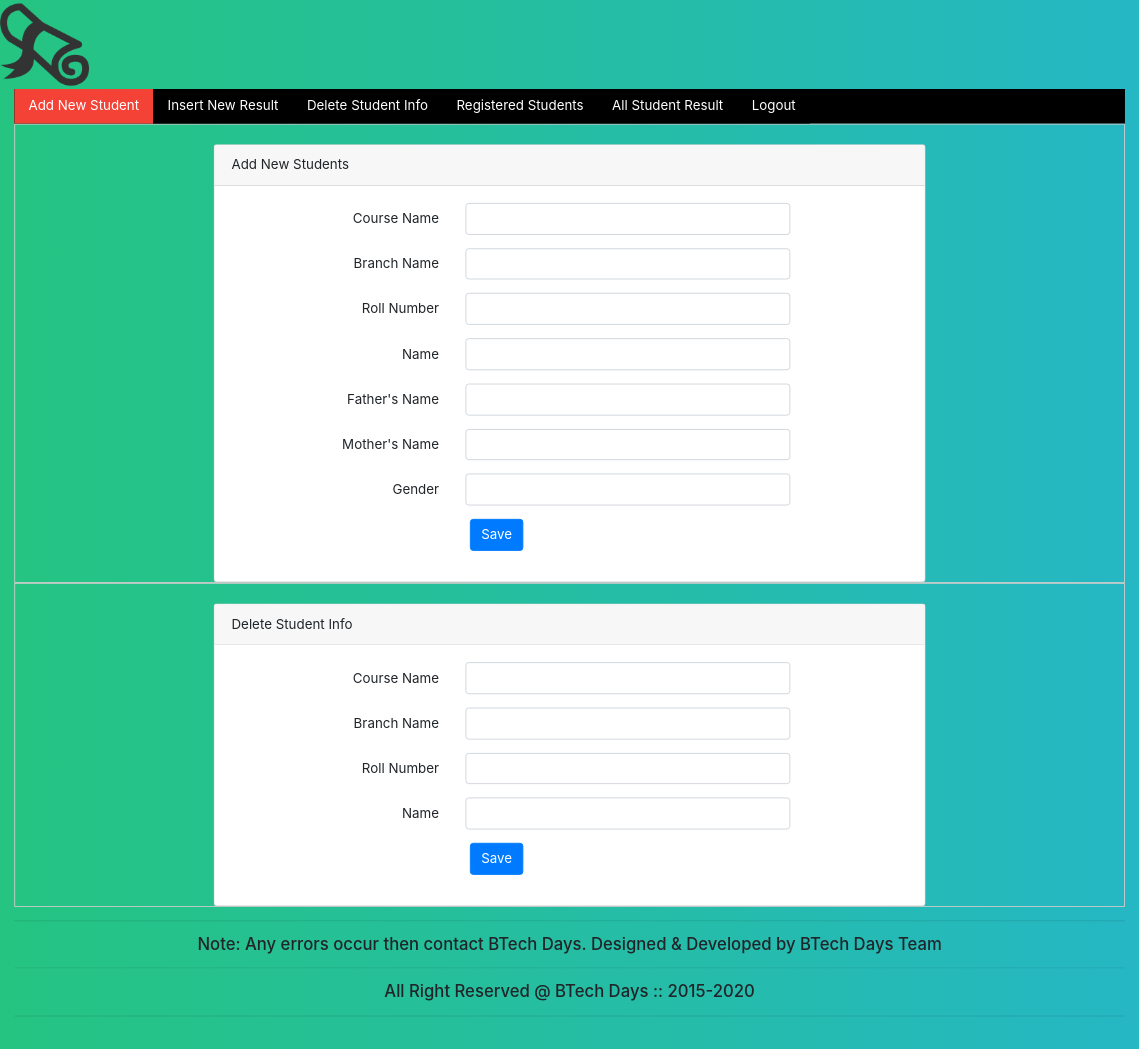
Repository: AlkaDas991/Dbms
Page: http://localhost/Student_Record_Management/adminHome.jsp
An editor plug-in stored every save of this project. The page is shown before and after the next save, followed by the edit.
The browser window is 1280 px wide. The pictures show the whole page, at 89% of full size.
Some web fonts or font styles are not loaded; a fallback is used. Some web libraries are served in a nearby version. The page is served by Tomcat 9. Queries for data that is not in the repository find no rows.

Above is the page before, as saved 2021-03-13 03:45:22.
Console error: TypeError: Cannot read properties of undefined (reading 'fn')

After the next save:
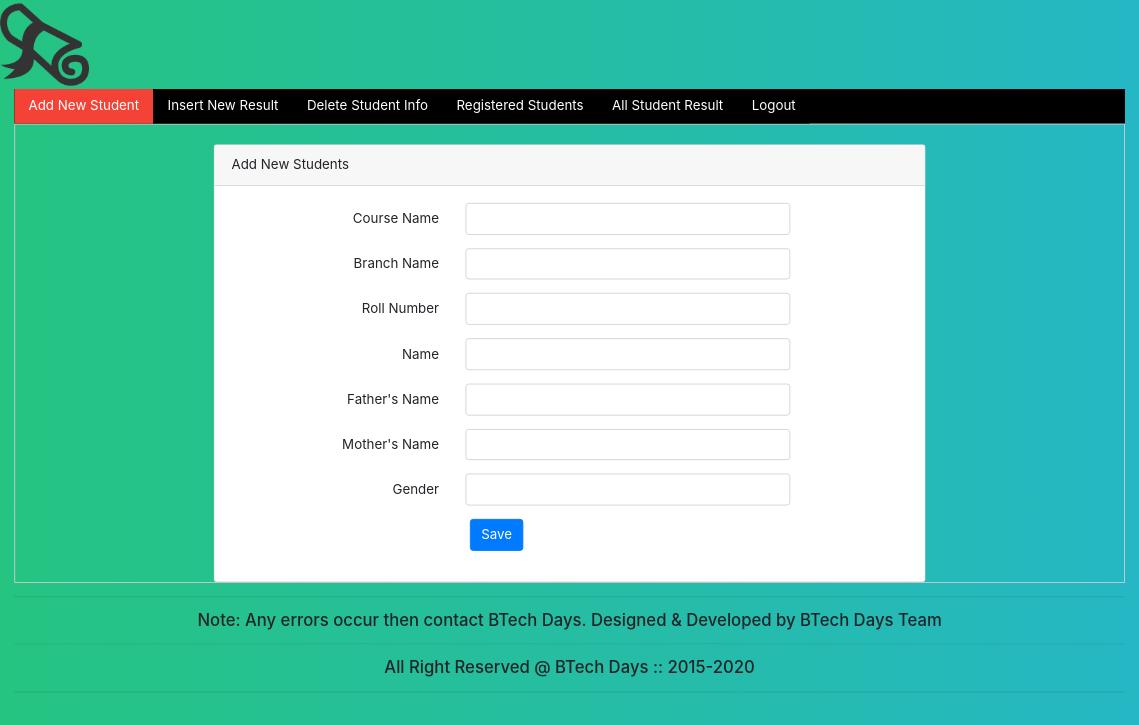
Saved 2 min 34 s later.
--- a/Student Record Management/WebContent/adminHome.jsp
+++ b/Student Record Management/WebContent/adminHome.jsp
@@ -226,17 +226,17 @@
 </html>
   </div>
 
- <div id="Beijing" class="w3-container w3-border city">
+ <div id="Singapore" class="w3-container w3-border city" style="display:none">
   <br>
-   <link href="//maxcdn.bootstrapcdn.com/bootstrap/4.1.1/css/bootstrap.min.css" rel="stylesheet" id="bootstrap-css">
+  <link href="//maxcdn.bootstrapcdn.com/bootstrap/4.1.1/css/bootstrap.min.css" rel="stylesheet" id="bootstrap-css">
 <script src="//maxcdn.bootstrapcdn.com/bootstrap/4.1.1/js/bootstrap.min.js"></script>
 <script src="//cdnjs.cloudflare.com/ajax/libs/jquery/3.2.1/jquery.min.js"></script>
-<!------ Alright Include the above in your HEAD tag ---------->
+<!------ Include the above in your HEAD tag ---------->
 
 <!doctype html>
 <html lang="en">
 <head>
-    <!--OK Required meta tags -->
+    <!-- Required meta tags -->
     <meta charset="utf-8">
     <meta name="viewport" content="width=device-width, initial-scale=1, shrink-to-fit=no">
 
@@ -250,6 +250,7 @@
 
     <!-- Bootstrap CSS -->
     <link rel="stylesheet" href="https://stackpath.bootstrapcdn.com/bootstrap/4.1.3/css/bootstrap.min.css">
+
 </head>
 <body>
 <main class="my-form">
@@ -257,40 +258,62 @@
         <div class="row justify-content-center">
             <div class="col-md-8">
                     <div class="card">
-                        <div class="card-header">Delete Student Info</div>
+                        <div class="card-header">Insert New Result</div>
                         <div class="card-body">
-                            <form name="my-form" onsubmit="return validform()" action="deleteStudent.jsp" method="post">
-                                <div class="form-group row">
-                                    <label for="full_name" class="col-md-4 col-form-label text-md-right">Course Name</label>
-                                    <div class="col-md-6">
-                                        <input type="text"  class="form-control" name="course">
-                                    </div>
-                                </div>
-
-                                <div class="form-group row">
-                                    <label for="email_address" class="col-md-4 col-form-label text-md-right">Branch Name</label>
-                                    <div class="col-md-6">
-                                        <input type="text"  class="form-control" name="branch">
-                                    </div>
-                                </div>
-
-                                <div class="form-group row">
-                                    <label for="user_name" class="col-md-4 col-form-label text-md-right">Roll Number</label>
-                                    <div class="col-md-6">
-                                        <input type="text" class="form-control" name="rollNo">
-                                    </div>
-                                </div>
-
-                                <div class="form-group row">
-                                    <label for="phone_number" class="col-md-4 col-form-label text-md-right">Name</label>
-                                    <div class="col-md-6">
-                                        <input type="text"  class="form-control" name="name">
-                                    </div>
-                                </div>
+                            <form name="my-form" onsubmit="return validform()" action="insertNewResult.jsp" method="">
+                                <div class="form-group row">
+                                    <label for="full_name" class="col-md-4 col-form-label text-md-right">Roll Number</label>
+                                    <div class="col-md-6">
+                                        <input type="text"class="form-control" name="rollNo">
+                                    </div>
+                                </div>
+
+                                <div class="form-group row">
+                                    <label for="email_address" class="col-md-4 col-form-label text-md-right">DAA</label>
+                                    <div class="col-md-6">
+                                        <input type="text"  class="form-control" name="DAA">
+                                    </div>
+                                </div>
+
+                                <div class="form-group row">
+                                    <label for="user_name" class="col-md-4 col-form-label text-md-right">DBMS</label>
+                                    <div class="col-md-6">
+                                        <input type="text"  class="form-control" name="DBMS">
+                                    </div>
+                                </div>
+
+                                <div class="form-group row">
+                                    <label for="phone_number" class="col-md-4 col-form-label text-md-right">COA</label>
+                                    <div class="col-md-6">
+                                        <input type="text"  class="form-control" name="COA">
+                                    </div>
+                                </div>
+
+                                <div class="form-group row">
+                                    <label for="present_address" class="col-md-4 col-form-label text-md-right">Discrete Maths</label>
+                                    <div class="col-md-6">
+                                        <input type="text"  class="form-control" name="DM">
+                                    </div>
+                                </div>
+
+                                <div class="form-group row">
+                                    <label for="permanent_address" class="col-md-4 col-form-label text-md-right">AMC</label>
+                                    <div class="col-md-6">
+                                        <input type="text"  class="form-control" name="AMC">
+                                    </div>
+                                </div>
+
+                                 <div class="form-group row">
+                                    <label for="permanent_address" class="col-md-4 col-form-label text-md-right">Communication Skills</label>
+                                    <div class="col-md-6">
+                                        <input type="text"  class="form-control" name="CS">
+                                    </div>
+                                </div>
+
 
                                     <div class="col-md-6 offset-md-4">
                                         <button type="submit" class="btn btn-primary">
-                                        Save
+                                       Save
                                         </button>
                                     </div>
 
@@ -299,7 +322,9 @@
                     </div>
             </div>
         </div>
+        <br>
     </div>
+
 </main>
 
 <script src="https://code.jquery.com/jquery-3.3.1.slim.min.js"></script>
@@ -308,14 +333,6 @@
 </body>
 </html>
   </div>
-
-
-
-
-
-
-
-
 
   <div id="Tokyo" class="w3-container w3-border city" style="display:none">
 
